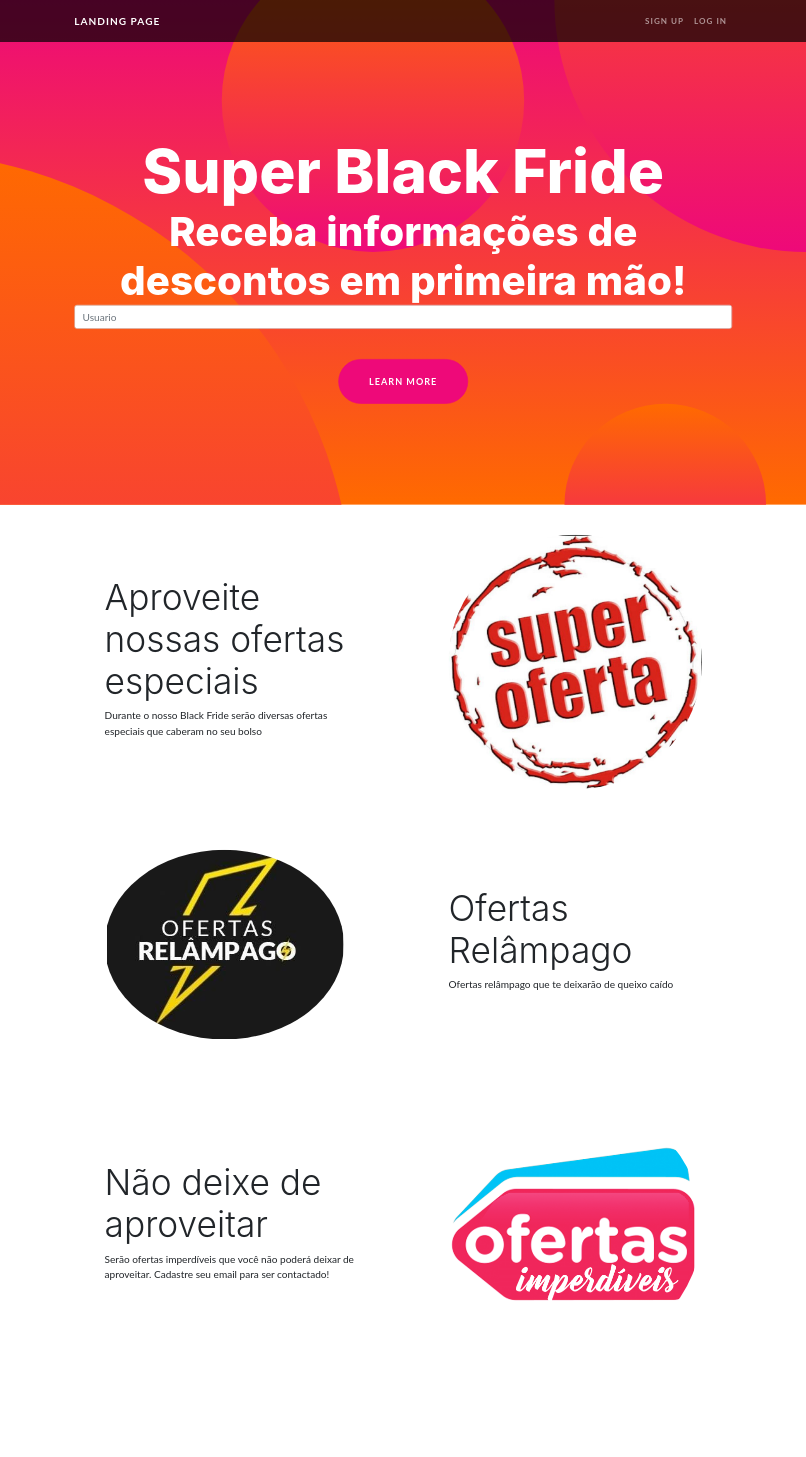
Repository: jrfalcao/landing-page
Page: /
The author's editor kept a copy of each file at every save. The page is drawn from the files as they stood at one save, then again after the next save.
The browser window is 1280 px wide. The pictures show the whole page, at 63% of full size.
The project was rebuilt for these pictures with package versions that can differ from the ones it lists, and the page was loaded fresh each time.

Above is the page before, as saved 2021-07-18 22:10:09.

### src/App.js
import NavBar from './Components/NavBar';
import Header from './Components/Header';
import Promotion from './Components/Promotion';
import Footer from './Components/Footer';

// import './assets/css/App.css';
import Image01 from './assets/img/super_oferta.jpg'
import Image02 from './assets/img/oferta_relampago.jpg'
import Image03 from './assets/img/ofertas_imperdiveis.png'


function App() {
  return (
    <div>
      <NavBar />
      <Header />
      <Promotion
        imageDir={true}
        imgUrl={Image01}
        promoTitle="Aproveite nossas ofertas especiais"
        description="Durante o nosso Black Fride serão diversas ofertas especiais que caberam no seu bolso"
      />
      <Promotion
        imageDir={false}
        imgUrl={Image02}
        promoTitle="Ofertas Relâmpago"
        description="Ofertas relâmpago que te deixarão de queixo caído"
      />
      <Promotion
        imageDir={true}
        imgUrl={Image03}
        promoTitle="Não deixe de aproveitar"
        description="Serão ofertas imperdíveis que você não poderá deixar de aproveitar. Cadastre seu email para ser contactado!"
      />

      <Footer className="py-5 bg-black"/>
    </div>
  );
}

export default App;

### src/Components/NavBar.js
export default function NavBar() {
	return (
		<nav className="navbar navbar-expand-lg navbar-dark navbar-custom fixed-top">
			<div className="container px-5">
				<a className="navbar-brand" href="#page-top">Landing Page</a>
				<button className="navbar-toggler" type="button" data-bs-toggle="collapse" data-bs-target="#navbarResponsive" aria-controls="navbarResponsive" aria-expanded="false" aria-label="Toggle navigation"><span className="navbar-toggler-icon"></span></button>
				<div className="collapse navbar-collapse" id="navbarResponsive">
					<ul className="navbar-nav ms-auto">
						<li className="nav-item"><a className="nav-link" href="#!">Sign Up</a></li>
						<li className="nav-item"><a className="nav-link" href="#!">Log In</a></li>
					</ul>
				</div>
			</div>
		</nav>
	);
}

### src/Components/Header.js
import React, {useState} from 'react';

export default function Header() {
	const [ email, setEmail ] = useState('');

	return (
		<header className="masthead text-center text-white">
			<div className="masthead-content">
				<div className="container px-5">
					<h1 className="masthead-heading mb-0">Super Black Fride</h1>
					<h3 className="masthead-subheading mb-0">Receba informações de descontos em primeira mão!</h3>
					<input className="form-control" value={email} placeholder="Usuario" onChange={ e => setEmail(e.target.value)} />
					<a className="btn btn-primary btn-xl rounded-pill mt-5" href="#scroll">Learn More</a>
				</div>
			</div>
			<div className="bg-circle-1 bg-circle"></div>
			<div className="bg-circle-2 bg-circle"></div>
			<div className="bg-circle-3 bg-circle"></div>
			<div className="bg-circle-4 bg-circle"></div>
		</header>
	);
}

### src/Components/Promotion.js
import React from 'react';

export default function Promotion(props) {
	return (
		<section id="scroll">
			<div className="container px-5">
				<div className="row gx-5 align-items-center">
					<div className={props.imageDir ? "col-lg-6 order-lg-2" : 'col-lg-6'}>
						<div className="p-5"><img className="img-fluid rounded-circle" src={props.imgUrl} alt={props.promoTitle} /></div>
					</div>
					<div className={props.imageDir ? "col-lg-6 order-lg-1" : 'col-lg-6'}>
						<div className="p-5">
							<h2 className="display-4">{props.promoTitle}</h2>
							<p>{props.description}</p>
						</div>
					</div>
				</div>
			</div>
		</section>
	);
}

### src/Components/Footer.js
import React from 'react';

export default function Footer() {

	return (
		<footer className="py-5 bg-black">
			<div className="container px-5"><p className="m-0 text-center text-white small">&copy; Copyright | 2021</p></div>
		</footer>
	);
}

Loaded but not shown: public/index.html (common file); src/index.js (common file); src/index.css (library); src/reportWebVitals.js (common file); src/assets/css/App.css (common file)

After the next save:
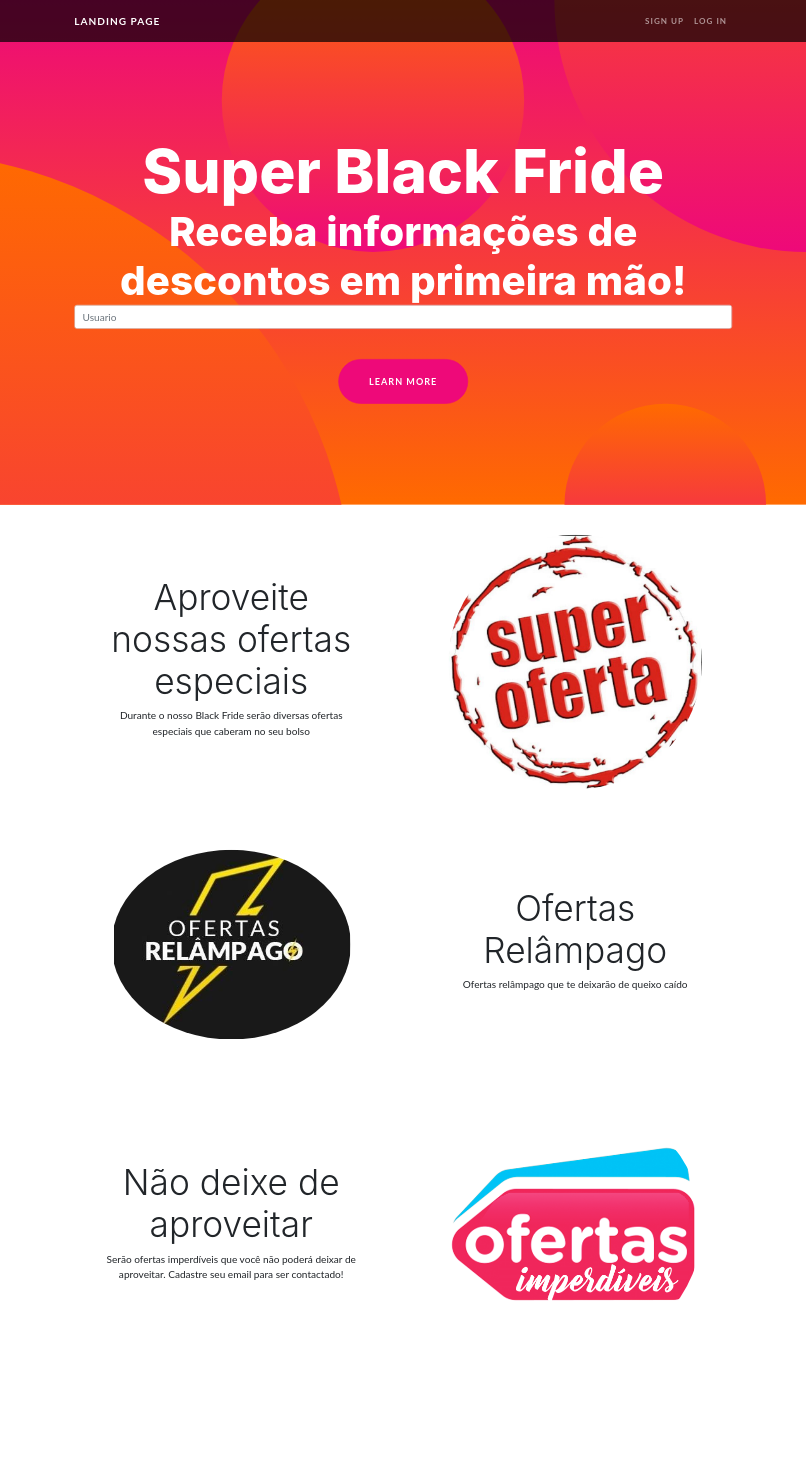
Saved 63 s later.
--- a/src/App.js
+++ b/src/App.js
@@ -3,7 +3,7 @@ import Header from './Components/Header';
 import Promotion from './Components/Promotion';
 import Footer from './Components/Footer';
 
-// import './assets/css/App.css';
+import './assets/css/App.css';
 import Image01 from './assets/img/super_oferta.jpg'
 import Image02 from './assets/img/oferta_relampago.jpg'
 import Image03 from './assets/img/ofertas_imperdiveis.png'
@@ -11,7 +11,7 @@ import Image03 from './assets/img/ofertas_imperdiveis.png'
 
 function App() {
   return (
-    <div>
+    <div className="App">
       <NavBar />
       <Header />
       <Promotion
@@ -33,7 +33,7 @@ function App() {
         description="Serão ofertas imperdíveis que você não poderá deixar de aproveitar. Cadastre seu email para ser contactado!"
       />
 
-      <Footer className="py-5 bg-black"/>
+      <Footer />
     </div>
   );
 }
